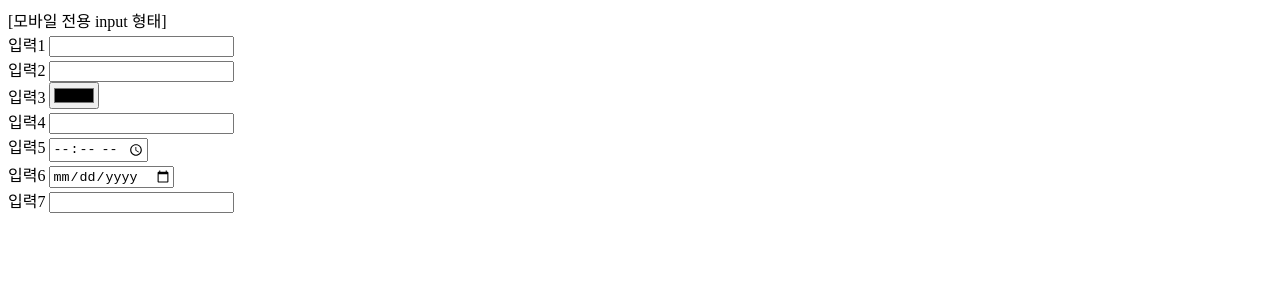
Repository: mnemion/BackendClass
Page: web/src/main/webapp/m/index.html
The author's editor kept a copy of each file at every save. The page is drawn from the files as they stood at one save, then again after the next save.
The browser window is 1280 px wide. The pictures show the whole page.

Above is the page before, as saved 2023-08-31 05:48:20.

After the next save:
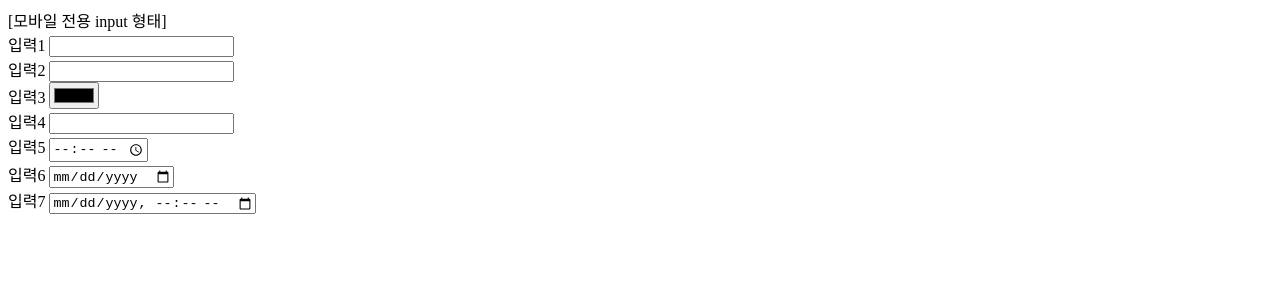
Saved 7 s later.
--- a/web/src/main/webapp/m/index.html
+++ b/web/src/main/webapp/m/index.html
@@ -13,6 +13,6 @@
 입력4 <input type="tel"><br>		<!-- 전화번호 (M) -->
 입력5 <input type="time"><br>		<!-- 시간선택 (P, M) -->
 입력6 <input type="date"><br>		<!-- 날짜선택 (P, M) -->
-입력7 <input type="datetime"><br>
+입력7 <input type="datetime-local"><br>
 </body>
 </html>
